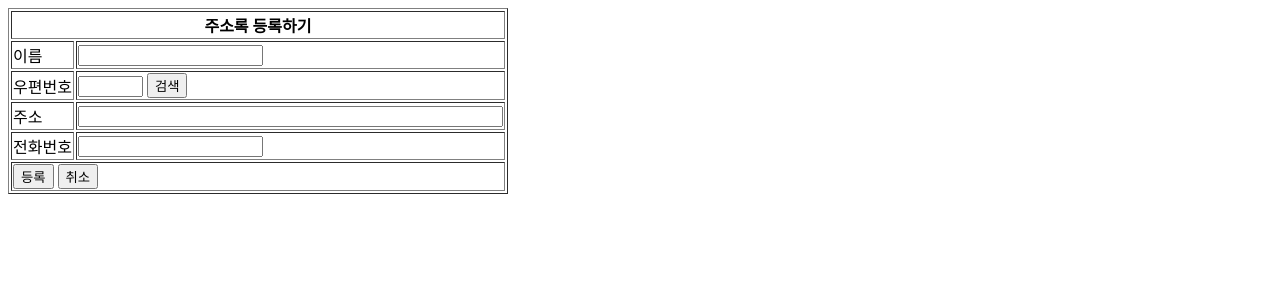
Repository: BosuMamemon/JSP_work
Page: http://localhost/JSP_Project/address/02-28 insert.jsp
These files come from the project's save history. The page is drawn as it stood at one moment and after the next save; the edit follows.
The browser window is 1280 px wide. The pictures show the whole page.
The page is served by Tomcat 9. Other server files are loaded and not shown.

Above is the page before, as saved 2025-02-28 03:24:01.

### workspace/JSP_Project/src/main/webapp/address/02-28 insert.jsp
<%@ page language="java" contentType="text/html; charset=UTF-8"
    pageEncoding="UTF-8"%>
<!DOCTYPE html>
<html>
	<head>
	<meta charset="UTF-8">
	<title>Insert</title>
	</head>

	<body>
		<form action="02-28 insertProcess.jsp" id="form">
			<table border=1>
				<tr>
					<th colspan="2">주소록 등록하기</th>
				</tr>
				<tr>
					<td>이름</td>
					<td><input type="text" name="name" id="name"></td>
				</tr>
				<tr>
					<td>우편번호</td>
					<td>
						<input type="text" name="zipcode" id="zipcode" size=5>
						<button type="button" id="zipcodeButton">검색</button>
					</td>
				</tr>
				<tr>
					<td>주소</td>
					<td><input type="text" name="address" id="address" size=50></td>
				</tr>
				<tr>
					<td>전화번호</td>
					<td><input type="tel" name="tel" id="tel"></td>
				</tr>
				<tr>
					<td colspan="2">
						<button id="submitButton">등록</button>
						<button type="reset" id="resetButton">취소</button>
					</td>
				</tr>
			</table>
		</form>
	</body>
</html>

After the next save:
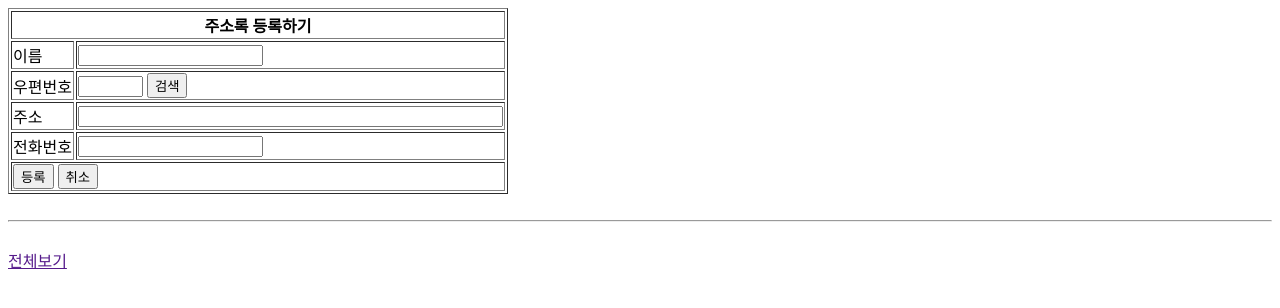
Saved 29 s later.
--- a/workspace/JSP_Project/src/main/webapp/address/02-28 insert.jsp
+++ b/workspace/JSP_Project/src/main/webapp/address/02-28 insert.jsp
@@ -39,6 +39,10 @@
 					</td>
 				</tr>
 			</table>
+			<br><hr><br>
+			<div>
+				<a href="">전체보기</a>
+			</div>
 		</form>
 	</body>
 </html>
